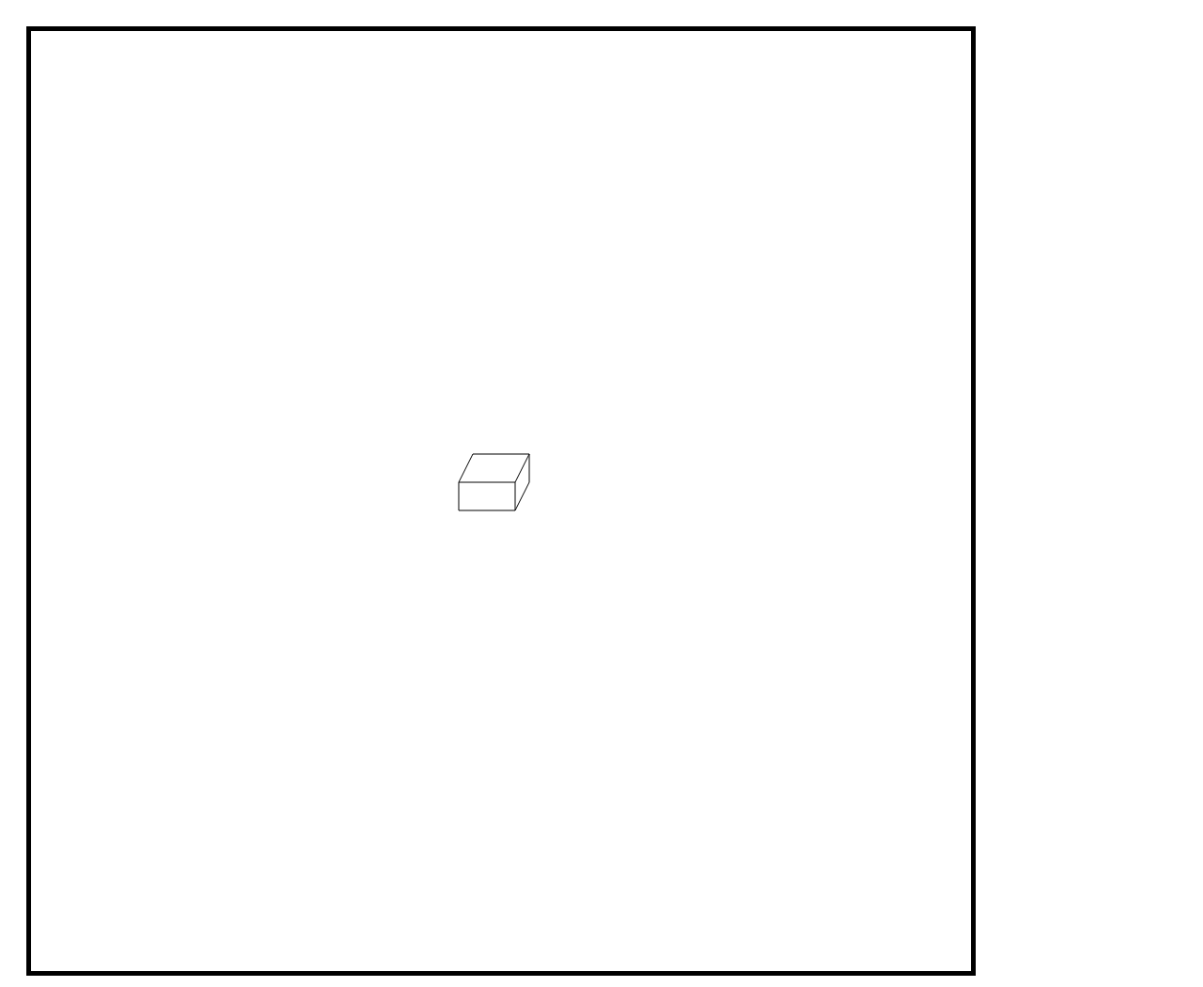
Repository: ejrtn/springbootMaven
Page: deoksu/src/main/resources/static/space4.html
An editor plug-in stored every save of this project. The page is shown before and after the next save, followed by the edit.
The browser window is 1280 px wide. The pictures show the whole page, at 94% of full size.

Above is the page before, as saved 2021-04-09 12:35:29.

After the next save:
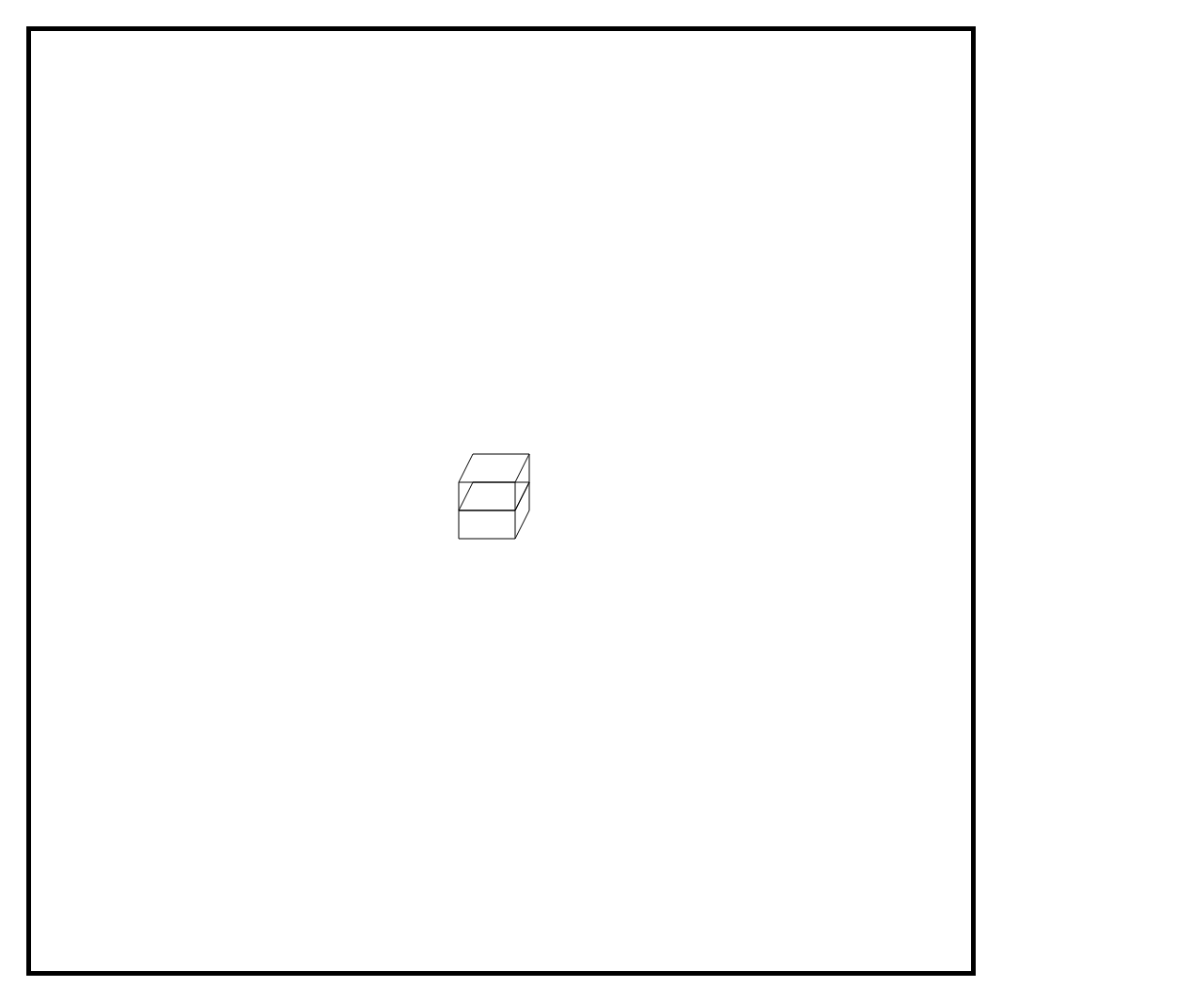
Saved 88 s later.
--- a/deoksu/src/main/resources/static/space4.html
+++ b/deoksu/src/main/resources/static/space4.html
@@ -49,6 +49,43 @@
 
 
 
+// 	가로1
+	ctx.moveTo(470, 450+30);
+	ctx.lineTo(530, 450+30);
+
+// 	가로2
+	ctx.moveTo(455, 480+30);
+	ctx.lineTo(515, 480+30);
+
+// 	가로3
+	ctx.moveTo(455, 510+30);
+	ctx.lineTo(515, 510+30);
+
+// 	사선(/)1
+	ctx.moveTo(470, 450+30);
+	ctx.lineTo(455, 480+30);
+
+// 	사선(/)2
+	ctx.moveTo(530, 450+30);
+	ctx.lineTo(515, 480+30);
+
+// 	사선(/)3
+	ctx.moveTo(530, 480+30);
+	ctx.lineTo(515, 510+30);
+
+// 	세로1
+	ctx.moveTo(455, 480+30);
+	ctx.lineTo(455, 510+30);
+
+// 	세로2
+	ctx.moveTo(515, 480+30);
+	ctx.lineTo(515, 510+30);
+
+// 	세로3
+	ctx.moveTo(530, 450+30);
+	ctx.lineTo(530, 480+30);
+
+
 
 	ctx.stroke();
 	</script>

After the save that followed:
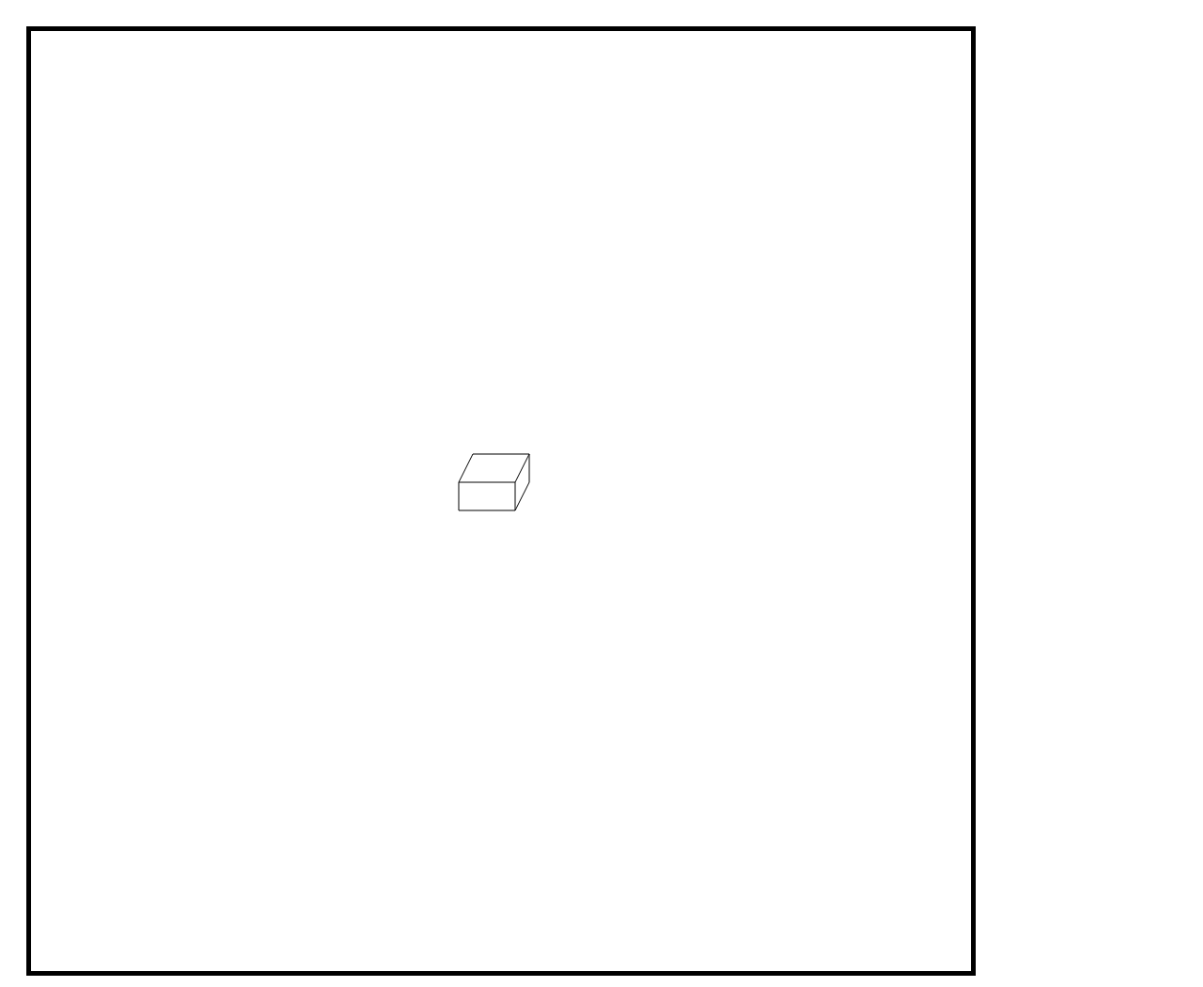
Saved 15 s later.
--- a/deoksu/src/main/resources/static/space4.html
+++ b/deoksu/src/main/resources/static/space4.html
@@ -49,41 +49,41 @@
 
 
 
-// 	가로1
-	ctx.moveTo(470, 450+30);
-	ctx.lineTo(530, 450+30);
+// // 	가로1
+// 	ctx.moveTo(470, 450+30);
+// 	ctx.lineTo(530, 450+30);
 
-// 	가로2
-	ctx.moveTo(455, 480+30);
-	ctx.lineTo(515, 480+30);
+// // 	가로2
+// 	ctx.moveTo(455, 480+30);
+// 	ctx.lineTo(515, 480+30);
 
-// 	가로3
-	ctx.moveTo(455, 510+30);
-	ctx.lineTo(515, 510+30);
+// // 	가로3
+// 	ctx.moveTo(455, 510+30);
+// 	ctx.lineTo(515, 510+30);
 
-// 	사선(/)1
-	ctx.moveTo(470, 450+30);
-	ctx.lineTo(455, 480+30);
+// // 	사선(/)1
+// 	ctx.moveTo(470, 450+30);
+// 	ctx.lineTo(455, 480+30);
 
-// 	사선(/)2
-	ctx.moveTo(530, 450+30);
-	ctx.lineTo(515, 480+30);
+// // 	사선(/)2
+// 	ctx.moveTo(530, 450+30);
+// 	ctx.lineTo(515, 480+30);
 
-// 	사선(/)3
-	ctx.moveTo(530, 480+30);
-	ctx.lineTo(515, 510+30);
+// // 	사선(/)3
+// 	ctx.moveTo(530, 480+30);
+// 	ctx.lineTo(515, 510+30);
 
-// 	세로1
-	ctx.moveTo(455, 480+30);
-	ctx.lineTo(455, 510+30);
+// // 	세로1
+// 	ctx.moveTo(455, 480+30);
+// 	ctx.lineTo(455, 510+30);
 
-// 	세로2
-	ctx.moveTo(515, 480+30);
-	ctx.lineTo(515, 510+30);
+// // 	세로2
+// 	ctx.moveTo(515, 480+30);
+// 	ctx.lineTo(515, 510+30);
 
-// 	세로3
-	ctx.moveTo(530, 450+30);
-	ctx.lineTo(530, 480+30);
+// // 	세로3
+// 	ctx.moveTo(530, 450+30);
+// 	ctx.lineTo(530, 480+30);
 
 
 
